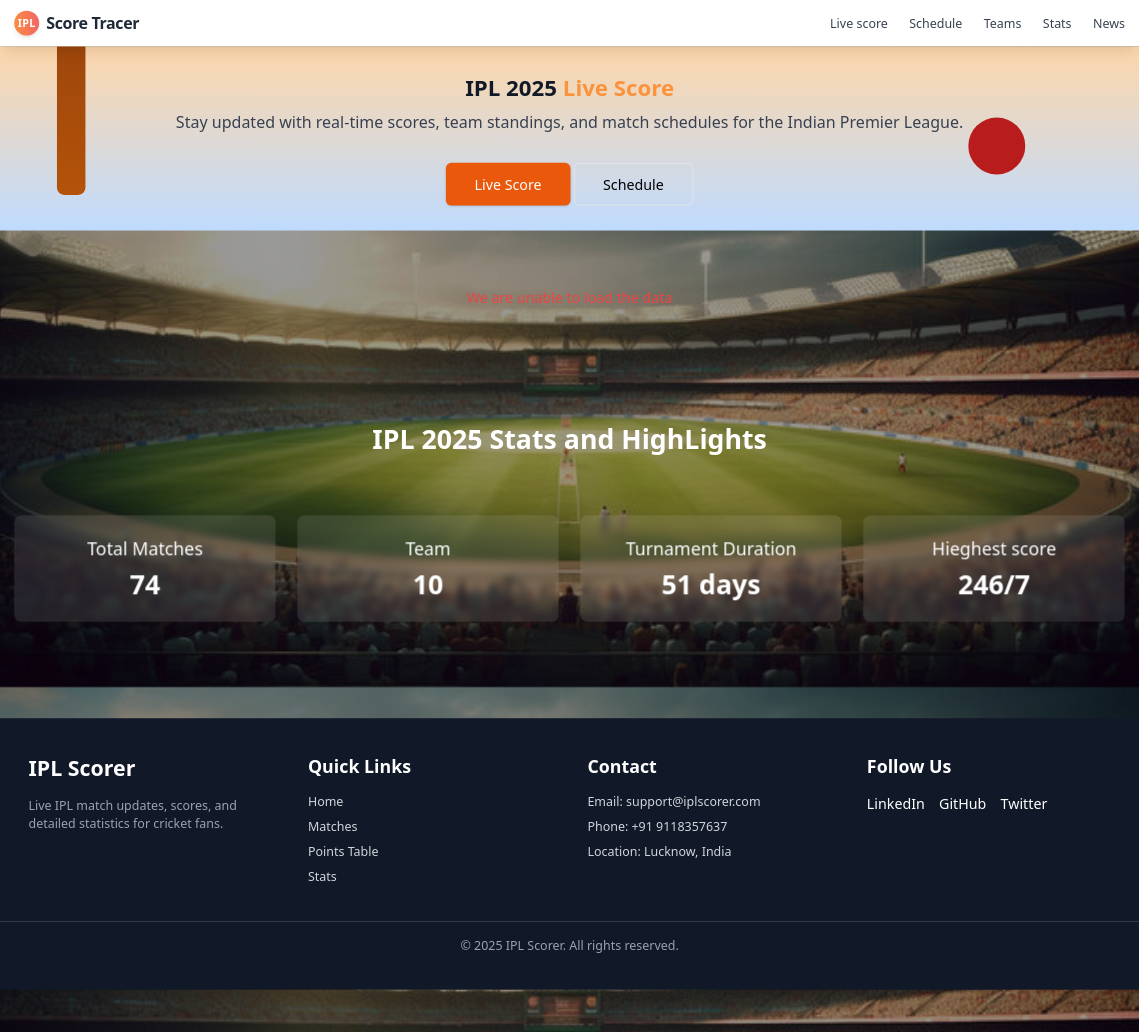
Repository: GauraVPandeyyy/IPL_PointsTable
Page: /
These files come from the project's save history. The page is drawn as it stood at one moment and after the next save; the edit follows.
The browser window is 1280 px wide. The pictures show the whole page, at 89% of full size.
The page's requests for data from a server got no answer. Backgrounds fixed to the window are drawn as part of the page. Some web libraries are served in a nearby version. The project was rebuilt for these pictures with package versions that can differ from the ones it lists, and the page was loaded fresh each time. No one was signed in, and anything a server would have sent is missing. Also part of the build but not shown: vite.config.js. Imported but missing from the stored project, and not drawn on this page: src/pages/LiveScore.

Above is the page before, as saved 2025-04-18 16:57:21.

### index.html
<head>
    <meta charset="utf-8">
    <meta name="viewport" content="width=device-width, initial-scale=1, shrink-to-fit=no">
    <meta name="theme-color" content="#000000">
    <script src="https://cdn.tailwindcss.com"></script>
    <!--
      manifest.json provides metadata used when your web app is added to the
      homescreen on Android. See https://developers.google.com/web/fundamentals/engage-and-retain/web-app-manifest/
    -->


    <!--
      Notice the use of %PUBLIC_URL% in the tags above.
      It will be replaced with the URL of the `public` folder during the build.
      Only files inside the `public` folder can be referenced from the HTML.

      Unlike "/favicon.ico" or "favicon.ico", "%PUBLIC_URL%/favicon.ico" will
      work correctly both with client-side routing and a non-root public URL.
      Learn how to configure a non-root public URL by running `npm run build`.
    -->
    <title>React App</title>
  </head>

  <body>
    <noscript> You need to enable JavaScript to run this app. </noscript>
    <div id="root"></div>
    <!--
      This HTML file is a template.
      If you open it directly in the browser, you will see an empty page.

      You can add webfonts, meta tags, or analytics to this file.
      The build step will place the bundled scripts into the <body> tag.

      To begin the development, run `npm start` or `yarn start`.
      To create a production bundle, use `npm run build` or `yarn build`.
    -->


<script type="module" src="/src/index.jsx"></script></body>

### src/App.jsx
import "./styles.css";
import Header from "./components/Header";
import HomePage from "./page/HomePage";
import { BrowserRouter as Router, Routes, Route } from "react-router-dom";
export default function App() {
  return (
    <Router>
      <Header />
      <div className="flex flex-col min-h-screen">
        <Routes>
          <Route path="/" element={<HomePage />} />
          <Route path="/test" element={<HomePage />} />
        </Routes>
      </div>
    </Router>
  );
}

### src/components/Header.jsx
import React from "react";
import { Link } from "react-router-dom";
import { useState } from "react";
import { Menu, X } from "lucide-react";
export default function Header() {
  const [isopen, setIsOpen] = useState(false);
  const link = [
    { name: "Live score", path: "/live-score" },
    { name: "Schedule", path: "/schedule" },
    { name: "Teams", path: "/teams" },
    { name: "Stats", path: "/stats" },
    { name: "News", path: "/news" },
  ];
  const toggleMenu = () => {
    setIsOpen(!isopen);
  };
  return (
    <div className="sticky top-0 z-50 bg-white shadow-lg py-3">
      <div className="container mx-auto px-4">
        {/* Top Nav */}
        <div className="flex items-center justify-between">
          {/* Logo */}
          <Link to="/live-score" className="flex items-center gap-2">
            <div className="h-7 w-7 bg-gradient-to-r from-orange-500 to-red-500 rounded-full flex items-center justify-center shadow-md animate-pulse">
              <span className="text-xs text-white font-extrabold tracking-wide">IPL</span>
            </div>
            <span className="text-lg font-bold text-gray-800 tracking-tight">
              Score Tracer
            </span>
          </Link>

          {/* Desktop Nav Links */}
          <div className="hidden md:flex gap-6">
            {link.map((item, index) => (
              <Link
                to={item.path}
                key={index}
                className="text-sm font-medium text-gray-700 hover:text-orange-600 transition-all duration-200"
              >
                {item.name}
              </Link>
            ))}
          </div>

          {/* Mobile Nav Toggle */}
          <button
            className="md:hidden p-2 rounded-md text-gray-700 hover:bg-gray-100"
            onClick={toggleMenu}
          >
            {isopen ? <X size={20} /> : <Menu size={20} />}
          </button>
        </div>

        {/* Mobile Navigation */}
        {isopen && (
          <div className="md:hidden mt-3 bg-gray-50 rounded-lg p-4 shadow-inner">
            <div className="flex flex-col gap-3">
              {link.map((item, index) => (
                <Link
                  key={index}
                  to={item.path}
                  className="text-sm font-semibold text-gray-700 hover:text-orange-500"
                >
                  {item.name}
                </Link>
              ))}
            </div>
          </div>
        )}
      </div>
    </div>

  );
}

### src/page/HomePage.jsx
import Hero from "../components/hero";
import TeamStanding from "../components/TeamStanding";
import StatsSection from "../components/StatsSection";
import Footer from "../components/Footer";
export default function HomePage() {
  return (
    <div className="min-h-screen bg-[url('/stadium.jpg')] bg-cover bg-center bg-fixed">
      <div className="min-h-scree bg-black/40">
        <div className="space-y-12 pb-12">
          <div className="bg-opacity-90">
            <Hero />
          </div>

          <div className="bg-opacity-90">
            <TeamStanding />
          </div>

          <div className="bg-opacity-90">
            <StatsSection />
          </div>
          <div className="bg-opacity-90">
            <Footer />
          </div>
        </div>
      </div>
    </div>
  );
}

### src/components/hero.jsx
import { motion } from "framer-motion";
import { useNavigation } from "react-router-dom";
import Button from "./ui/Button";
export default function hero() {
  return (
    <div className="relative overflow-hidden py-[50px] md:py-[28px] bg-gradient-to-b from-orange-200 to-blue-200 ">
      <div className="container mx-auto px-[4px] relative z-10">
        <div className="text-center max-width-3xl mx-auto">
          <div className="text-center text-[30px] md:text-[25px] font-bold text-gray-900 mb-[6px]">
            IPL 2025 <span className="text-orange-400">Live Score</span>
          </div>
          <p className="text-[18px] text-gray-700 mb-8">
            Stay updated with real-time scores, team standings, and match
            schedules for the Indian Premier League.
          </p>

          <div className="flex flex-wrap justify-center gap-[4px]">
            <Button variant="primary" size="lg">
              Live Score
            </Button>

            <Button variant="outline" size="lg">
              Schedule
            </Button>
          </div>
        </div>
      </div>

      {/* Bat */}
      <div className="absolute top-20 right-[10%] w-16 h-16 rounded-full bg-red-700  hidden md:block" />
      <div className="absolute bottom-10 left-[5%] w-8 h-64 bg-gradient-to-b from-amber-800 to-amber-700 rounded-b-lg hidden md:block" />
    </div>
  );
}

### src/components/TeamStanding.jsx
import { useState, useEffect } from "react";
import { getPointsTable } from "../services/api";
import LoadingSpinner from "./ui/Loader";
export default function TeamStanding() {
  const [pointsTable, setPointsTable] = useState([]);
  const [error, setError] = useState(null);
  const [loading, setLoading] = useState(true);

  useEffect(() => {
    const fetchPointsTable = async () => {
      try {
        const data = await getPointsTable();
        setPointsTable(data);
      } catch (err) {
        setError("We are unable to load the data");
      } finally {
        setLoading(false);
      }
    };
    fetchPointsTable();
  }, []);

  if (loading) {
    return (
      <div className="flex items-center justify-center min-h-screen">
        <LoadingSpinner size="lg" />
      </div>
    );
  }

  if (error) {
    return <div className="text-center text-red-500 p-4">{error}</div>;
  }

  return (
    // bg-gray-900 text-white py-10 mt-16
    <div className="bg-white rounded-2xl shadow-xl p-6 sm:p-10 transition-all duration-300">
      <h3 className="text-3xl font-extrabold text-indigo-700 mb-6 text-center">Points Table</h3>

      <div className="overflow-x-auto">
        <table className="min-w-full divide-y divide-gray-200">
          <thead className="bg-indigo-600">
            <tr>
              <th className="px-6 py-3 text-center text-sm font-semibold text-white tracking-wide">Team</th>
              <th className="px-6 py-3 text-center text-sm font-semibold text-white">P</th>
              <th className="px-6 py-3 text-center text-sm font-semibold text-white">W</th>
              <th className="px-6 py-3 text-center text-sm font-semibold text-white">L</th>
              <th className="px-6 py-3 text-center text-sm font-semibold text-white">Points</th>
              <th className="px-6 py-3 text-center text-sm font-semibold text-white">NRR</th>
            </tr>
          </thead>

          <tbody className="divide-y divide-gray-100">
            {pointsTable.map((iteam, index) => (
              <tr
                key={index}
                className={`${index % 2 === 0 ? "bg-white" : "bg-gray-50"
                  } hover:bg-indigo-50 transition duration-300`}
              >
                <td className="px-6 py-4 text-sm text-gray-700">
                  <div className="flex items-center gap-3">
                    <img
                      src={iteam.flag}
                      alt={iteam.team}
                      className="w-8 h-8 rounded-full object-cover ring-2 ring-indigo-200"
                    />
                    <span className="font-medium">{iteam.team}</span>
                  </div>
                </td>
                <td className="px-6 py-4 text-center text-gray-600 font-semibold">{iteam.played}</td>
                <td className="px-6 py-4 text-center text-green-600 font-semibold">{iteam.won}</td>
                <td className="px-6 py-4 text-center text-red-600 font-semibold">{iteam.loss}</td>
                <td className="px-6 py-4 text-center text-indigo-800 font-bold">{iteam.points}</td>
                <td className="px-6 py-4 text-center text-gray-600">{iteam.nrr}</td>
              </tr>
            ))}
          </tbody>
        </table>
      </div>
    </div>

  );
}

### src/components/StatsSection.jsx
"use client";
import { motion } from "framer-motion";
import { Users, Trophy, Calendar, TrendingUp } from "lucide-react";
export default function StatsSection() {
  const stats = [
    { icon: Users, title: "Total Matches", value: "74" },
    { icon: Trophy, title: "Team", value: "10" },
    { icon: Calendar, title: "Turnament Duration", value: "51 days" },
    { icon: TrendingUp, title: "Hieghest score", value: "246/7" },
  ];

  return (
    <div className="py-16 bg-gradient-to-r from-blu-600 to-red-600 text-white">
      <div className="container mx-auto px-4">
        <motion.h2
          className="text-3xl font-bold text-center mb-12"
          initial={{ opacity: 0 }}
          animate={{ opacity: 1 }}
          transition={{ duration: 0.5 }}
        >
          IPL 2025 Stats and HighLights
        </motion.h2>

        <div className="grid grid-cols-1 md:grid-cols-2 lg:grid-cols-4 gap-6">
          {stats.map((items, index) => (
            <motion.div
              key={index}
              className="bg-white/10 backdrop-blur-sm rounded-lg p-6 text-center "
              initial={{ opacity: 0, y: 20 }}
              animate={{ opacity: 1, y: 20 }}
              transition={{ delay: index * 0.1, duration: 0.5 }}
              whileHover={{ y: -5, transition: { duration: 0.2 } }}
            >
              {/* <div className="flex justify-center mb-4">{items.icon}</div> */}
              <h3 className="text-xl font-medium mb-2">{items.title}</h3>
              <p className="text-3xl font-bold">{items.value}</p>
            </motion.div>
          ))}
        </div>
      </div>
    </div>
  );
}

### src/components/Footer.jsx
// src/components/Footer.jsx
export default function Footer() {
    return (
      <footer className="bg-gray-900 text-white py-10 mt-16">
        <div className="max-w-7xl mx-auto px-4 sm:px-6 lg:px-8 grid grid-cols-1 md:grid-cols-4 gap-10">

          {/* Logo/Branding */}
          <div>
            <h2 className="text-2xl font-bold mb-4">IPL Scorer</h2>
            <p className="text-gray-400 text-sm">
              Live IPL match updates, scores, and detailed statistics for cricket fans.
            </p>
          </div>

          {/* Navigation */}
          <div>
            <h3 className="text-xl font-semibold mb-4">Quick Links</h3>
            <ul className="space-y-2 text-sm text-gray-300">
              <li><a href="#" className="hover:underline">Home</a></li>
              <li><a href="#" className="hover:underline">Matches</a></li>
              <li><a href="#" className="hover:underline">Points Table</a></li>
              <li><a href="#" className="hover:underline">Stats</a></li>
            </ul>
          </div>

          {/* Contact Info */}
          <div>
            <h3 className="text-xl font-semibold mb-4">Contact</h3>
            <p className="text-gray-300 text-sm mb-2">Email: <a href="mailto:support@iplscorer.com" className="hover:underline">support@iplscorer.com</a></p>
            <p className="text-gray-300 text-sm mb-2">Phone: +91 9118357637</p>
            <p className="text-gray-300 text-sm">Location: Lucknow, India</p>
          </div>

          {/* Social Links */}
          <div>
            <h3 className="text-xl font-semibold mb-4">Follow Us</h3>
            <div className="flex space-x-4">
              <a href="https://www.linkedin.com/in/gaurav-pandey-0987162a0/" className="hover:text-pink-400 transition-colors">LinkedIn</a>
              <a href="https://github.com/GauraVPandeyyy" className="hover:text-gray-300 transition-colors">GitHub</a>
              <a href="https://x.com/gaura_vp9118" className="hover:text-blue-300 transition-colors">Twitter</a>
            </div>
          </div>
        </div>

        {/* Copyright */}
        <div className="mt-10 border-t border-gray-700 pt-4 text-center text-sm text-gray-400">
          &copy; {new Date().getFullYear()} IPL Scorer. All rights reserved.
        </div>
      </footer>
    );
  }

### src/components/ui/Button.jsx
import { cva } from "class-variance-authority";

const buttonVariants = cva(
  "inline-flex items-center justify-center rounded-md font-medium transition-colors focus-visible:outline-none focus-visible:ring-2 focus-visible:ring-ring disabled:pointer-events-none disabled:opacity-50",
  {
    variants: {
      variant: {
        primary: "bg-orange-600 text-white hover:bg-orange-700 shadow",
        outline:
          "border border-input bg-background hover:bg-accent hover:text-accent-foreground",
      },
      size: {
        default: "h-10 px-4 py-[2px] text-sm",
        sm: "h-8 px-3 text-xs",
        lg: "h-12 px-8 text-base",
        icon: "h-9 w-9",
      },
    },
    defaultVariant: {
      variant: "primary",
      size: "default",
    },
  }
);

const Button = ({
  children,
  variant = "primary",
  size = "default",
  className = "",
  ...props
}) => {
  return (
    <button
      className={`${buttonVariants({ variant, size })}, ${className}`}
      {...props}
    >
      {children}
    </button>
  );
};

export default Button;

### src/services/api.js
import axios from "axios";
const API_URL = "https://cricket-live-line1.p.rapidapi.com";
const HEADERS = {
  "x-rapidapi-key": "bac80db236mshbffb59e3a602917p118b40jsn406a7887a76a",
  "x-rapidapi-host": "cricket-live-line1.p.rapidapi.com",
};

export const getPointsTable = async () => {
  const options = {
    method: "GET",
    url: `${API_URL}/series/336/pointsTable`,
    headers: HEADERS,
  };

  try {
    const response = await axios.request(options);
    console.log("Points table data", response.data);

    if (!response.data?.status || !response.data?.data?.A) {
      throw new Error("Invalid points table data format");
    }

    return response.data.data.A.map((team) => ({
      team: team.teams,
      played: team.P,
      won: team.W,
      loss: team.L,
      points: team.Pts,
      nrr: team.NRR,
      flag: team.flag,
    }));
  } catch (error) {
    console.error("Error fetching the data");
    throw error;
  }
};

### src/components/ui/Loader.jsx
const LoadingSpinner = ({ size = "md", className = "" }) => {
  const sizeClasses = {
    sm: "w-4 h-4",
    md: "w-8 h-8",
    lg: "w-12 h-12",
  };

  return (
    <div className={`${sizeClasses[size]} ${className}`}>
      <svg
        className="animate-spin text-orange-600"
        xmlns="http://www.w3.org/2000/svg"
        fill="none"
        viewBox="0 0 24 24"
      >
        <circle
          className="opacity-25"
          cx="12"
          cy="12"
          r="10"
          stroke="currentColor"
          strokeWidth="4"
        ></circle>
        <path
          className="opacity-75"
          fill="currentColor"
          d="M4 12a8 8 0 018-8V0C5.373 0 0 5.373 0 12h4zm2 5.291A7.962 7.962 0 014 12H0c0 3.042 1.135 5.824 3 7.938l3-2.647z"
        ></path>
      </svg>
    </div>
  );
};

export default LoadingSpinner;

Loaded but not shown: src/index.jsx (common file); src/styles.css (no stored copy; drawn as an empty file)

After the next save:
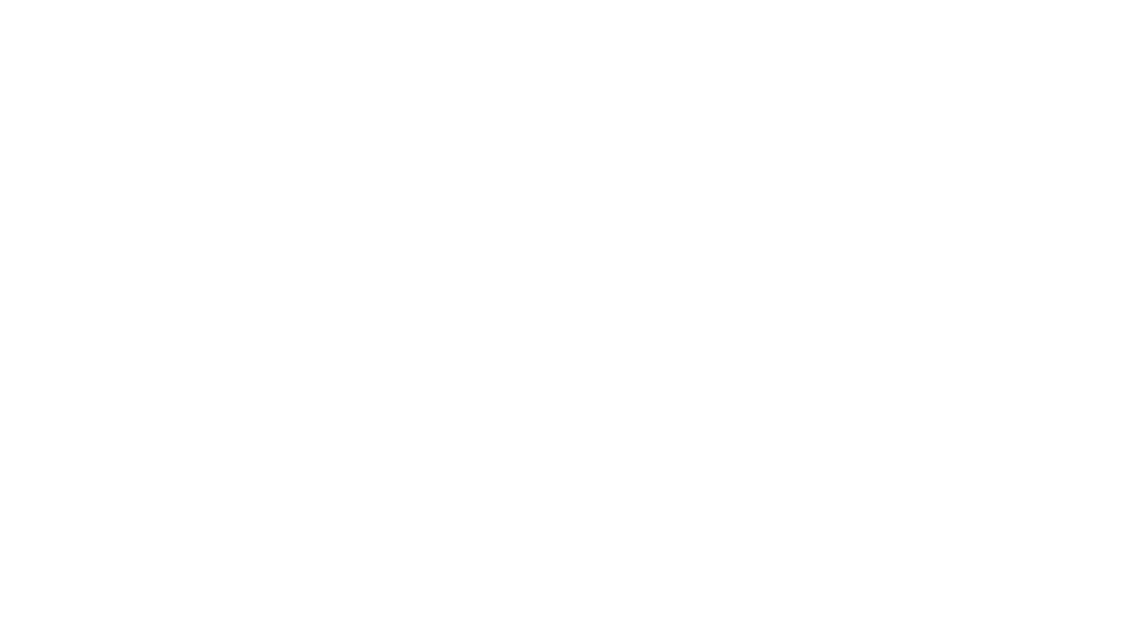
Console error: ReferenceError: LiveScore is not defined
Saved 110 s later.
--- a/src/App.jsx
+++ b/src/App.jsx
@@ -10,6 +10,7 @@ export default function App() {
         <Routes>
           <Route path="/" element={<HomePage />} />
           <Route path="/test" element={<HomePage />} />
+          <Route path="/live-score" element={<LiveScore />} />
         </Routes>
       </div>
     </Router>

After the 2 saves that followed:
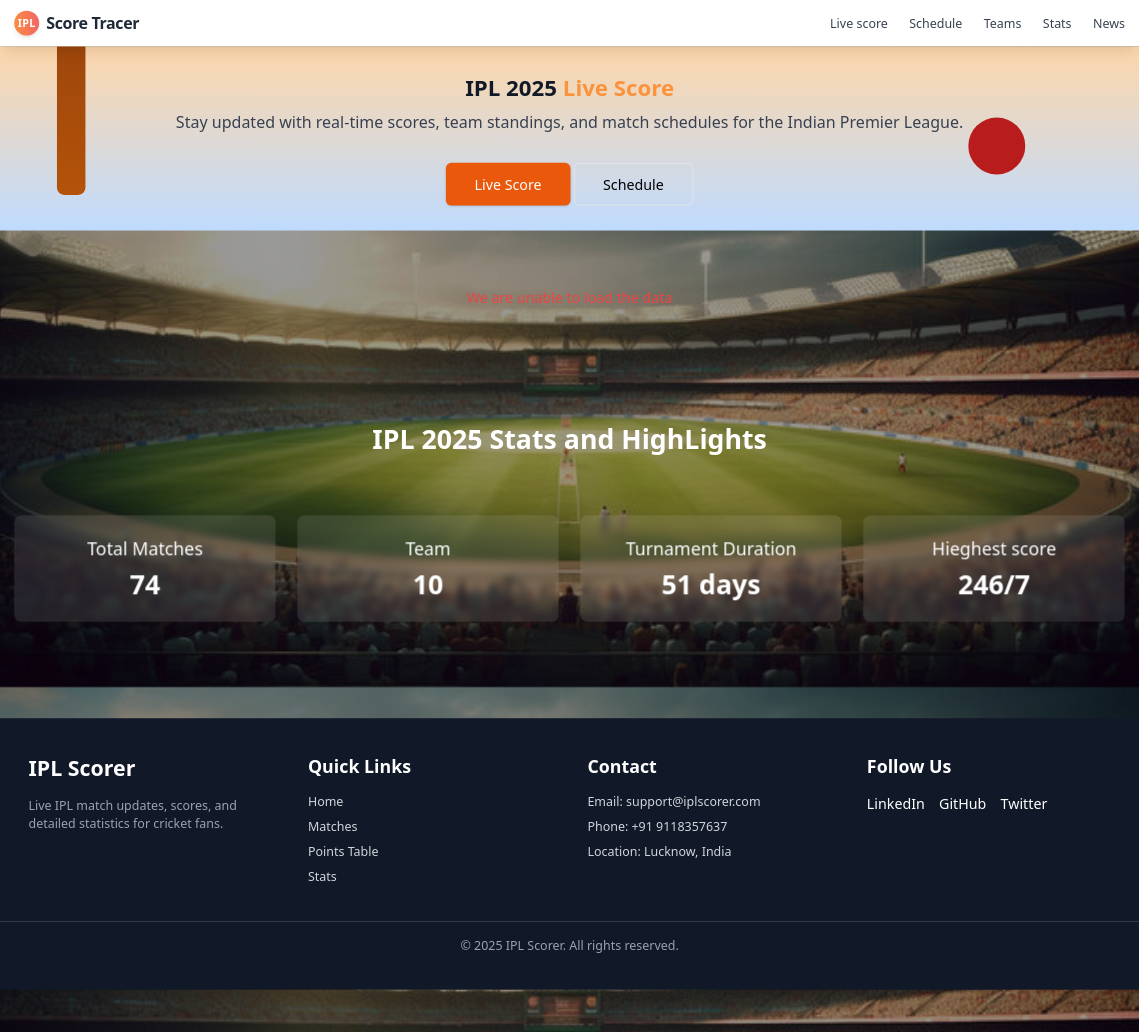
The error is gone.
The 2 saves are shown as one change because they came seconds apart.
The last was saved 12 s later.
--- a/src/App.jsx
+++ b/src/App.jsx
@@ -1,6 +1,8 @@
 import "./styles.css";
 import Header from "./components/Header";
 import HomePage from "./page/HomePage";
+import LiveScore from './pages/LiveScore';
+
 import { BrowserRouter as Router, Routes, Route } from "react-router-dom";
 export default function App() {
   return (
